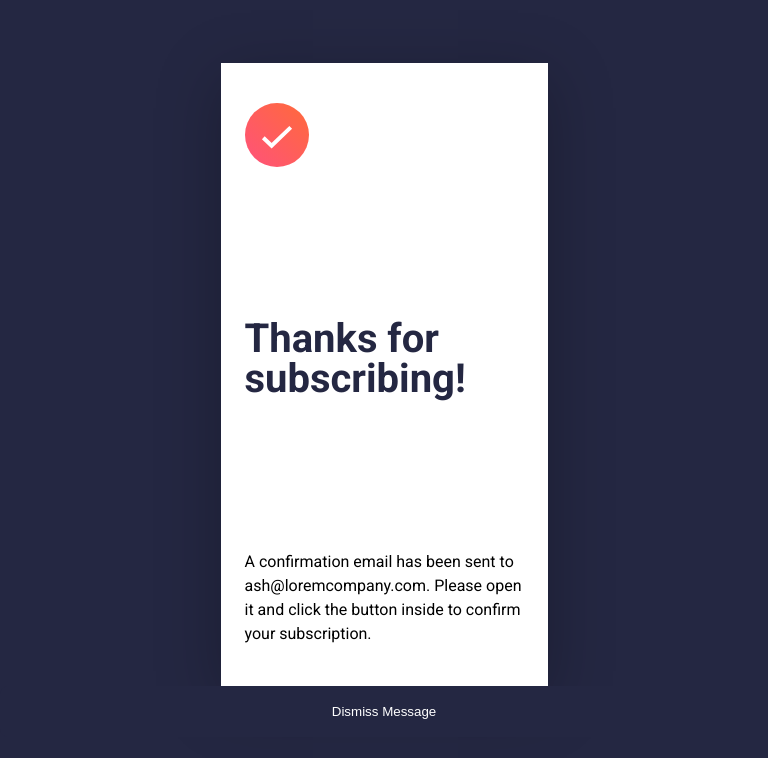
Repository: brandontaylor1/newsletter-signup
Page: success.html
These files come from the project's save history. The page is drawn as it stood at one moment and after the next save; the edit follows.
The browser window is 768 px wide. The pictures show the whole page.

Above is the page before, as saved 2025-01-20 10:19:00.

After the next save:
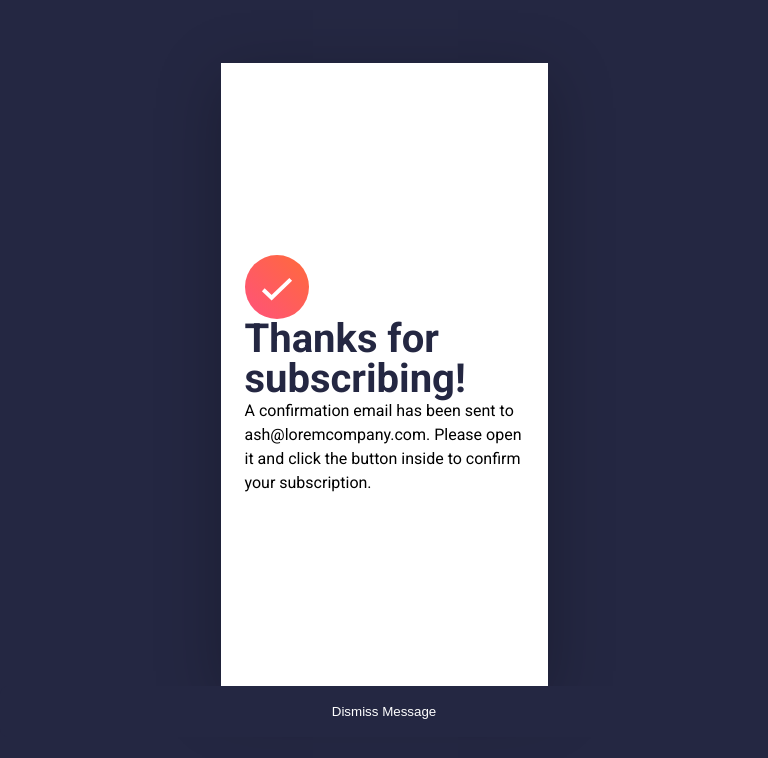
Saved 15 s later.
--- a/success.css
+++ b/success.css
@@ -97,7 +97,7 @@ button:hover {
         border-radius: 0px;
         display: flex;
         flex-direction: column;
-        justify-content: space-between;
+        justify-content: center;
         positon: relative;
     }
 
